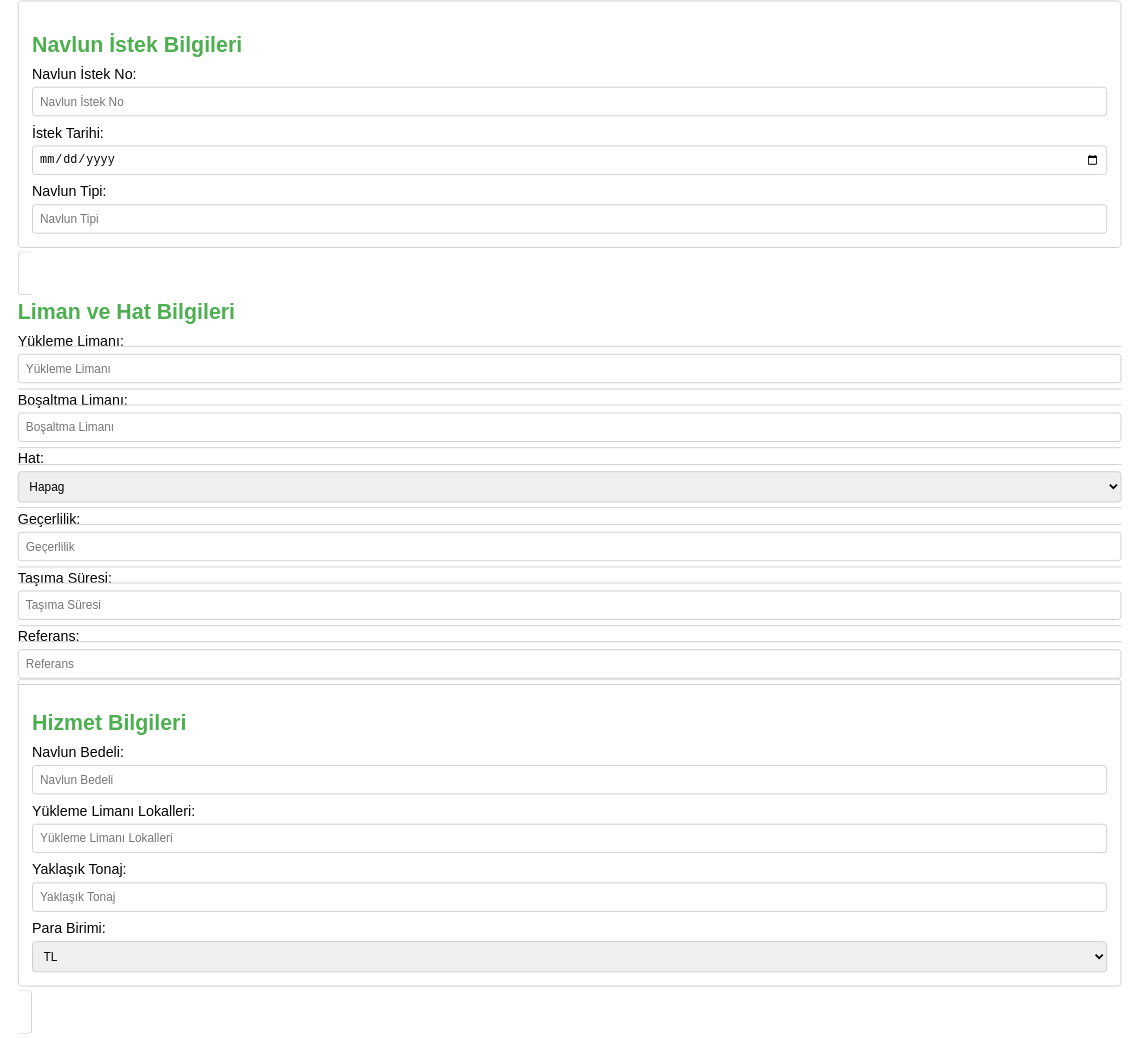
Repository: EfeAykut/navlun
Page: navlun.html
The author's editor kept a copy of each file at every save. The page is drawn from the files as they stood at one save, then again after the next save.
The browser window is 1280 px wide. The pictures show the part of the page from y = 132 to 1314 px (the page is 1298 px tall before and 1314 px after), at 89% of full size.
A picture or video elsewhere on the page could not be fetched, so the positions and the page height are approximate.

Above is the page before, as saved 2024-11-19 11:11:48.

After the next save:
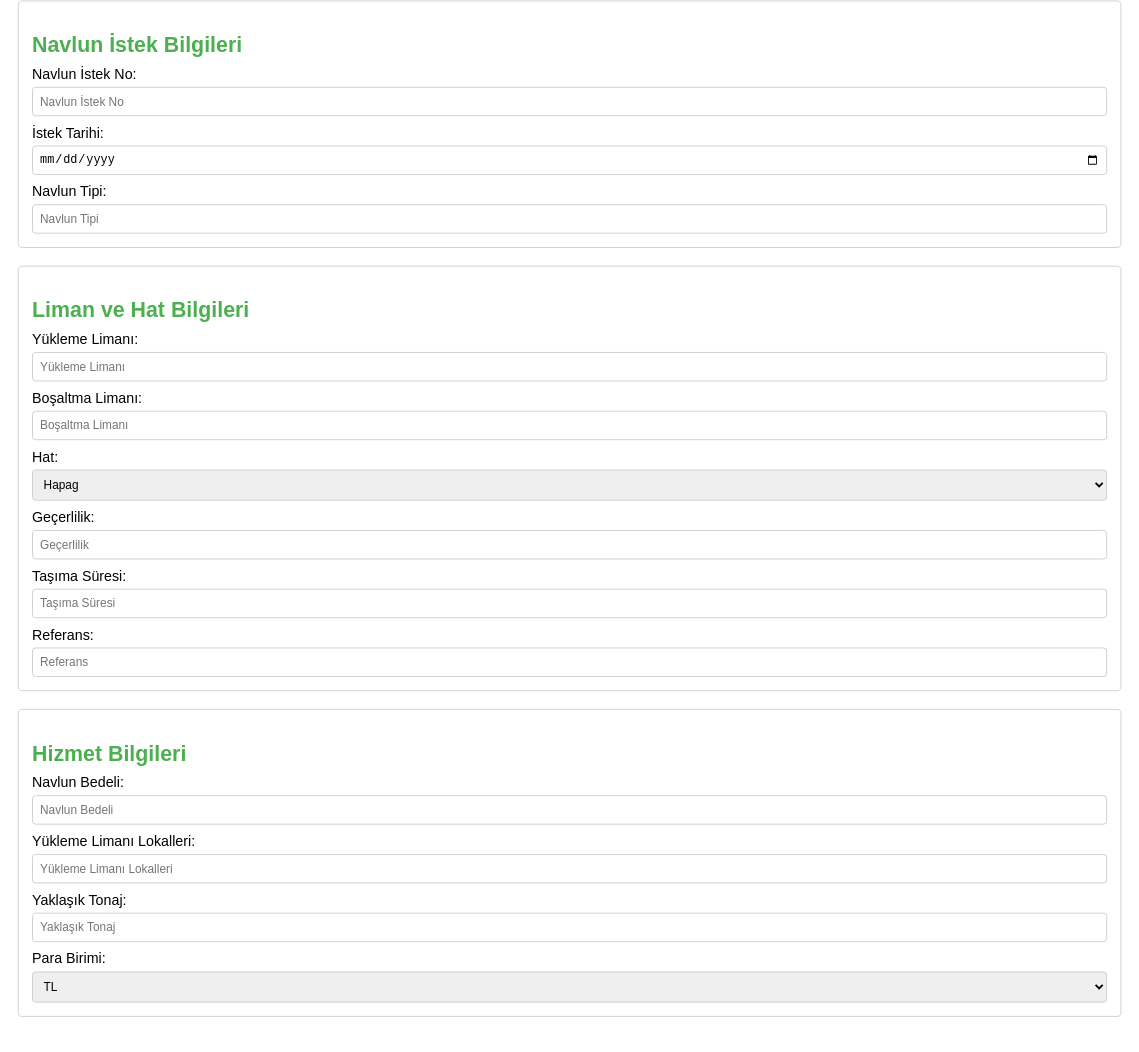
Saved 21 s later.
--- a/navlun.html
+++ b/navlun.html
@@ -105,7 +105,7 @@
             <input type="text" id="navlunTipi" placeholder="Navlun Tipi">
         </section>
 
-        <sectio class="form-section">
+        <section class="form-section">
             <h2>Liman ve Hat Bilgileri</h2>
             <label for="yüklemeLimani">Yükleme Limanı:</label>
             <input type="text" id="yüklemeLimani" placeholder="Yükleme Limanı">
